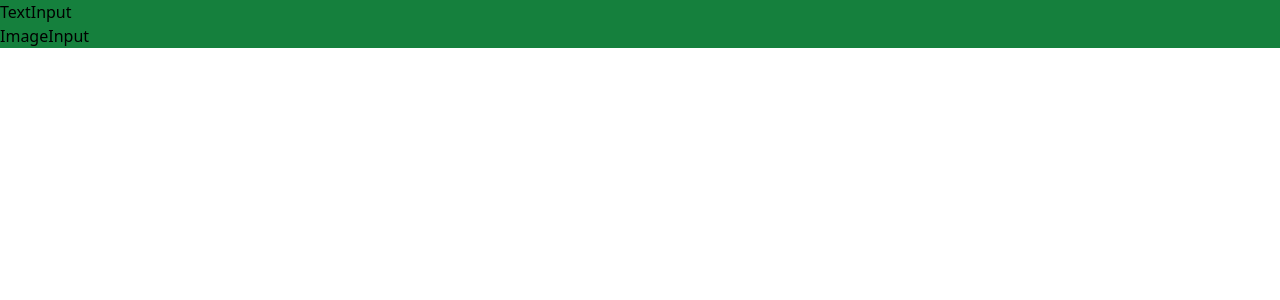
Repository: Marhamat92/booksappwithcontext
Page: /
The author's editor kept a copy of each file at every save. The page is drawn from the files as they stood at one save, then again after the next save.
The browser window is 1280 px wide. The pictures show the whole page.
The project was rebuilt for these pictures with package versions that can differ from the ones it lists, and the page was loaded fresh each time. Also part of the build but not shown: src/App.css.

Above is the page before, as saved 2022-12-07 13:45:27.

After the next save:
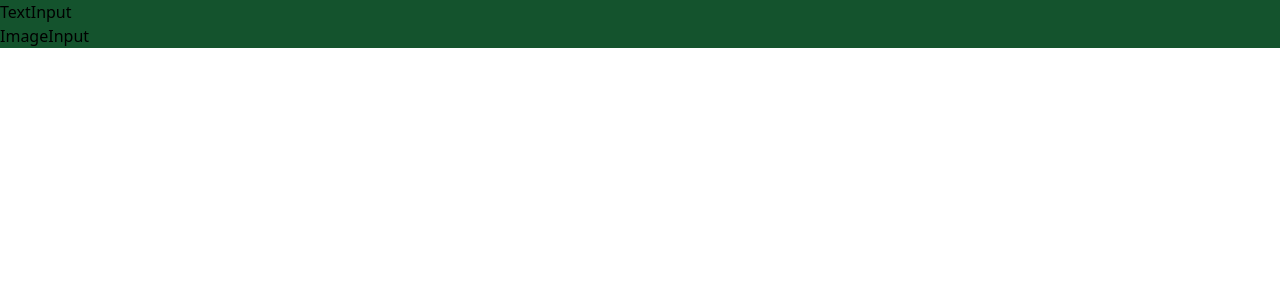
Saved 104 s later.
--- a/src/App.tsx
+++ b/src/App.tsx
@@ -5,7 +5,7 @@ import TextInput from "./components/Inputs/TextInput";
 function App() {
   return (
     <div>
-      <div className='bg-green-700'>
+      <div className='bg-green-900'>
         <TextInput />
         <ImageInput />
       </div>
